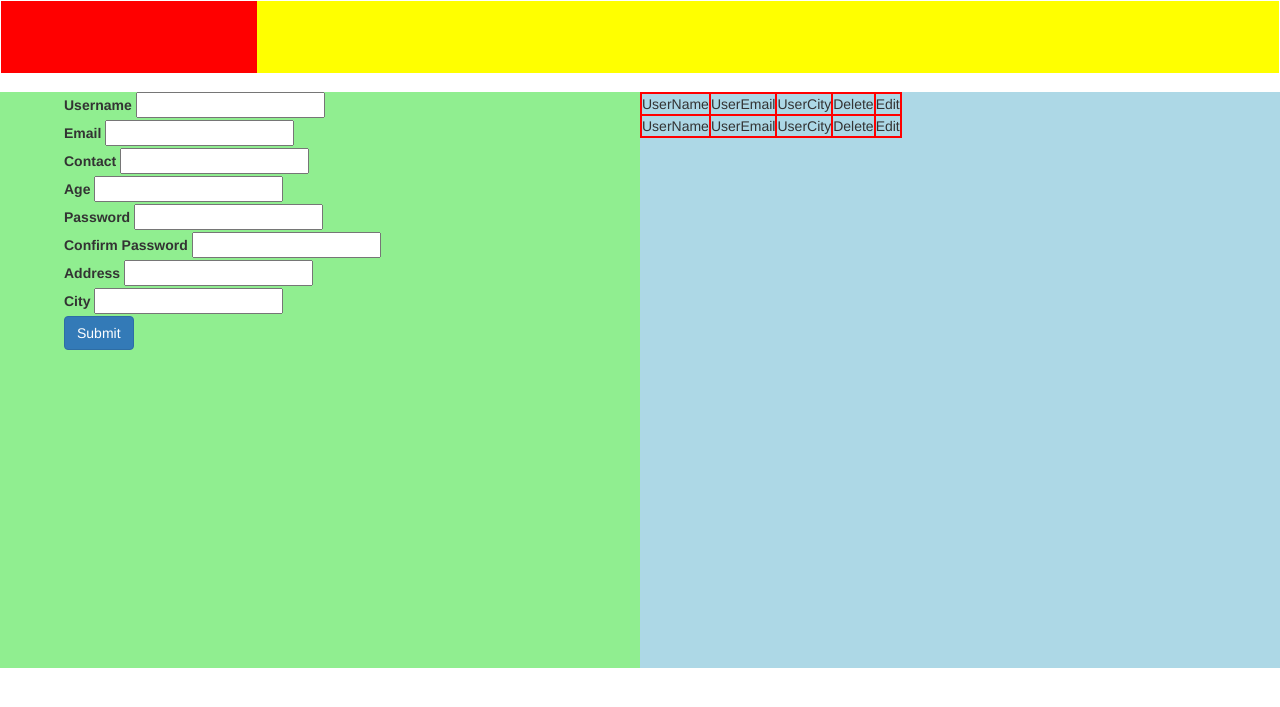
Repository: sonofvanu/crudoperations
Page: http://localhost/frontend/WEB-INF/my pages/register.jsp
The author's editor kept a copy of each file at every save. The page is drawn from the files as they stood at one save, then again after the next save.
The browser window is 1280 px wide. The pictures show the whole page.
The page is served by Tomcat 9. Nobody is signed in. Other server files are loaded and not shown. The template is opened directly, without the code that normally fills it, so the values that code supplies are empty.

Above is the page before, as saved 2018-03-11 09:05:07.

### frontend/src/main/webapp/WEB-INF/my pages/register.jsp
<%@taglib uri = "http://www.springframework.org/tags/form" prefix = "form"%>

<%@ page language="java" contentType="text/html; charset=ISO-8859-1"
    pageEncoding="ISO-8859-1"%>
<!DOCTYPE html PUBLIC "-//W3C//DTD HTML 4.01 Transitional//EN" "http://www.w3.org/TR/html4/loose.dtd">
<html>
<head>
  <title>Bootstrap Example</title>
  <meta charset="utf-8">
  <meta name="viewport" content="width=device-width, initial-scale=1">
  <link rel="stylesheet" href="https://maxcdn.bootstrapcdn.com/bootstrap/3.3.7/css/bootstrap.min.css">
  <script src="https://ajax.googleapis.com/ajax/libs/jquery/3.3.1/jquery.min.js"></script>
  <script src="https://maxcdn.bootstrapcdn.com/bootstrap/3.3.7/js/bootstrap.min.js"></script>

  <style type="text/css">
  .navbar{
  width:100vw;
  height:10vh;
  display:flex;

  }
  .logopart{
  width:20vw;
  height:10vh;
  background-color:red;
  }
  .linkpart{
  width:80vw;
  height:10vh;
  background-color:yellow;
  }
  .leftcontent
  {
  width:50vw;
  height:80vh;
  background-color:lightgreen;

  }
  .rightcontent
  {
  width:50vw;
  height:80vh;
  background-color:lightblue;

  }

  .formcontent{
  display:flex;
  width:100vw;
  height:80vh;
  }
  .signupform{
  padding-left:5vw;
  }
  table tbody tr td{
  border: 2px;border-width: 2px;border-color: red;
  border-style: double;
  }
  </style>
</head>
<body>

<div class="navbar">
<div class="logopart">
</div>
<div class="linkpart">
</div>
</div>
<div class="formcontent">
<div class="leftcontent">


<form:form class="signupform" modelAttribute="userModelAgent" action="signup">
<label>Username</label>
<form:input type="text" path="userName"></form:input>
<br>
<label>Email</label>
<form:input type="email" path="userEmail" ></form:input>
<br>
<label>Contact</label>
<form:input type="text" path="userContact"></form:input>
<br>
<label>Age</label>
<form:input type="number" path="userAge"></form:input>
<br>
<label>Password</label>
<form:input type="password" path="userPassword"></form:input>
<br>
<label>Confirm Password</label>
<form:input type="password" path="userConfirmPassword"></form:input>
<br>
<label>Address</label>
<form:input type="text" path="userAddress"></form:input>
<br>
<label>City</label>
<form:input type="text" path="userCity"></form:input>
<br>
<input type="submit" class="btn btn-primary">
</form:form>
</div>
<div class="rightcontent">
<table>
<tbody style="border: 2px;border-width: 2px;border-color: red;">
<tr>
<td>UserName</td>
<td>UserEmail</td>
<td>UserCity</td>
<td>Delete</td>
<td>Edit</td>
</tr>
<tr>
<td>UserName</td>
<td>UserEmail</td>
<td>UserCity</td>
<td>Delete</td>
<td>Edit</td>
</tr>
</tbody>
</table>

</div>
</div>






<div class="footer">

</div>

</body>
</html>

After the next save:
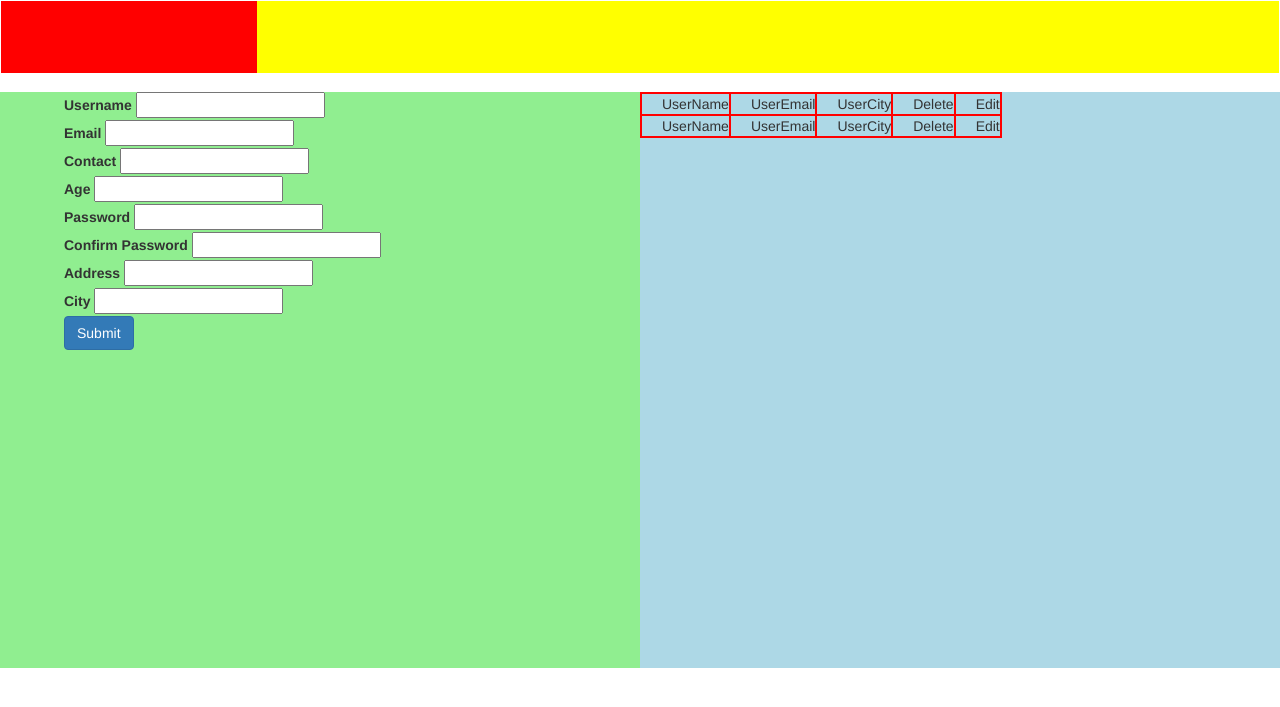
Saved 29 s later.
--- a/frontend/src/main/webapp/WEB-INF/my pages/register.jsp
+++ b/frontend/src/main/webapp/WEB-INF/my pages/register.jsp
@@ -55,6 +55,10 @@
   table tbody tr td{
   border: 2px;border-width: 2px;border-color: red;
   border-style: double;
+  }
+
+  td{
+  padding-left: 20px;
   }
   </style>
 </head>
